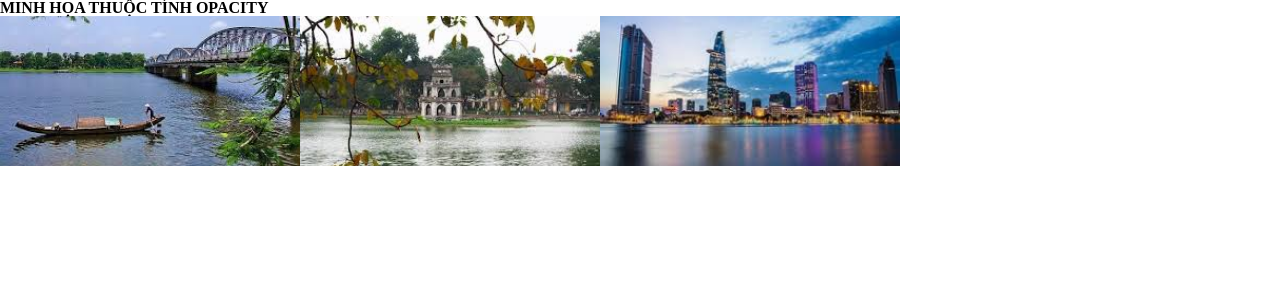
Repository: Tan-Khang21/TH_TKW--Buoi_07
Page: Bai_Tap_Tren_lop/Bai_04/Opacity1.html
These files come from the project's save history. The page is drawn as it stood at one moment and after the next save; the edit follows.
The browser window is 1280 px wide. The pictures show the whole page.

Above is the page before, as saved 2024-03-12 16:28:48.

### Bai_Tap_Tren_lop/Bai_04/Opacity1.html
<!DOCTYPE html>
<html lang="en">
  <head>
    <meta charset="UTF-8" />
    <meta name="viewport" content="width=device-width, initial-scale=1.0" />
    <title>Document</title>
    <link rel="stylesheet" href="style.css" />
    <link rel="stylesheet" href="reset.css" />
  </head>
  <body>
    <h5 class="title">minh họa thuộc tính opacity</h5>
    <div class="container">
      <div class="box">
        <img src="images/images1.jpg" alt="" />
      </div>
      <div class="box">
        <img src="images/images3.jpg" alt="" />
      </div>
      <div class="box">
        <img src="images/images2.jpg" alt="" />
      </div>
    </div>
  </body>
</html>

### Bai_Tap_Tren_lop/Bai_04/style.css
* {
  box-sizing: border-box;
}
body {
  width: 100%;
}
.title {
  font-weight: bold;
  text-transform: uppercase;
}
.container {
  display: flex;
}
.box {
  width: 300px;
  height: 150px;
}
.box img {
  width: 100%;
  height: 100%;
  object-fit: cover;
}

Loaded but not shown: Bai_Tap_Tren_lop/Bai_04/reset.css (common file)

After the next save:
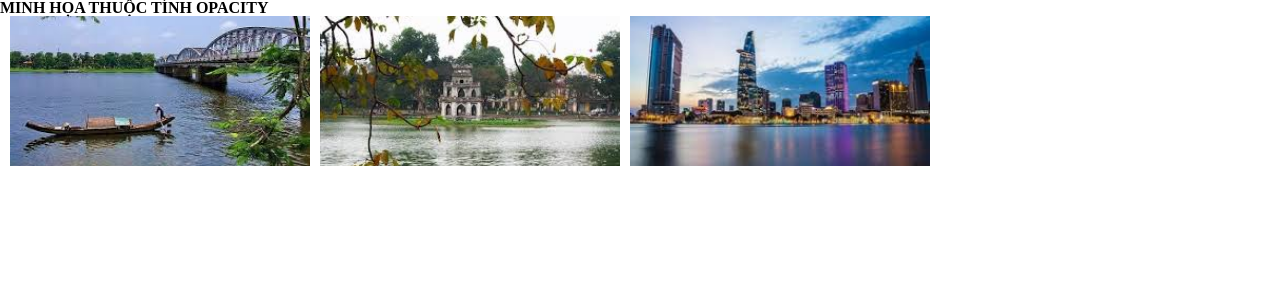
Saved 4 min 17 s later.
--- a/Bai_Tap_Tren_lop/Bai_04/style.css
+++ b/Bai_Tap_Tren_lop/Bai_04/style.css
@@ -14,6 +14,7 @@ body {
 .box {
   width: 300px;
   height: 150px;
+  margin-left: 10px;
 }
 .box img {
   width: 100%;
